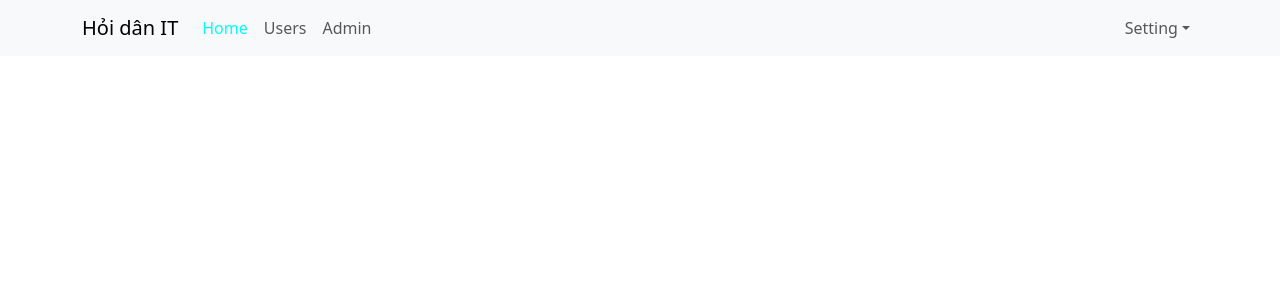
Repository: hoang0508/React-Project-hdIT
Page: /
The author's editor kept a copy of each file at every save. The page is drawn from the files as they stood at one save, then again after the next save.
The browser window is 1280 px wide. The pictures show the whole page.
The project was rebuilt for these pictures with package versions that can differ from the ones it lists, and the page was loaded fresh each time. Also part of the build but not shown: src/components/User/User.js, src/components/Admin/Admin.js.

Above is the page before, as saved 2022-08-27 08:57:52.

### src/index.js
import React from "react";
import { createRoot } from "react-dom/client";
import App from "./App";
import reportWebVitals from "./reportWebVitals";
import "./index.scss";
import "bootstrap/dist/css/bootstrap.min.css";
import { BrowserRouter, Routes, Route } from "react-router-dom";
import User from "./components/User/User";
import Admin from "./components/Admin/Admin";
const container = document.getElementById("root");
const root = createRoot(container);

root.render(
  <React.StrictMode>
    {/* <Provider store={store}> */}
    <BrowserRouter>
      <Routes>
        <Route path="/" element={<App />}>
          <Route path="/users" element={<User />} />
          <Route path="/admin" element={<Admin />} />
        </Route>
      </Routes>
    </BrowserRouter>
    {/* </Provider> */}
  </React.StrictMode>
);

// If you want to start measuring performance in your app, pass a function
// to log results (for example: reportWebVitals(console.log))
// or send to an analytics endpoint. Learn more: https://bit.ly/CRA-vitals
reportWebVitals();

### src/App.js
import React from "react";
import "./App.scss";
import Header from "./components/Header/Header";
import { Outlet } from "react-router-dom";
function App() {
  return (
    <div className="app-container">
      <div className="header-container">
        <Header />
      </div>
      <div className="main-container">
        <div className="sidenav-container"></div>
        <div className="app-content">
          <Outlet />
        </div>
      </div>
    </div>
  );
}

export default App;

### src/App.scss
.app {
  &-container {
    .header-container {
      .navbar-nav {
        .nav-link {
          &.active {
            color: aqua;
          }
        }
      }
    }
  }
}

### src/components/Header/Header.js
import Container from "react-bootstrap/Container";
import Nav from "react-bootstrap/Nav";
import Navbar from "react-bootstrap/Navbar";
import NavDropdown from "react-bootstrap/NavDropdown";

import React from "react";
import { NavLink } from "react-router-dom";

const Header = () => {
  return (
    <Navbar bg="light" expand="lg">
      <Container>
        <NavLink to="/" className="navbar-brand">
          Hỏi dân IT
        </NavLink>
        <Navbar.Toggle aria-controls="basic-navbar-nav" />
        <Navbar.Collapse id="basic-navbar-nav">
          <Nav className="me-auto">
            <NavLink to="/" className="nav-link">
              Home
            </NavLink>
            <NavLink to="/users" className="nav-link">
              Users
            </NavLink>
            <NavLink to="/admin" className="nav-link">
              Admin
            </NavLink>
          </Nav>
          <Nav>
            <NavDropdown title="Setting" id="basic-nav-dropdown">
              <NavDropdown.Item href="#action/3.1">Log in</NavDropdown.Item>
              <NavDropdown.Item href="#action/3.2">Log out</NavDropdown.Item>
              <NavDropdown.Item href="#action/3.2">Profile</NavDropdown.Item>
            </NavDropdown>
          </Nav>
        </Navbar.Collapse>
      </Container>
    </Navbar>
  );
};

export default Header;

### src/components/Home/Home.js
import React from "react";

const Home = () => {
  return <div>Home components</div>;
};

export default Home;

Loaded but not shown: public/index.html (common file); src/reportWebVitals.js (common file); src/index.scss (common file)

After the next save:
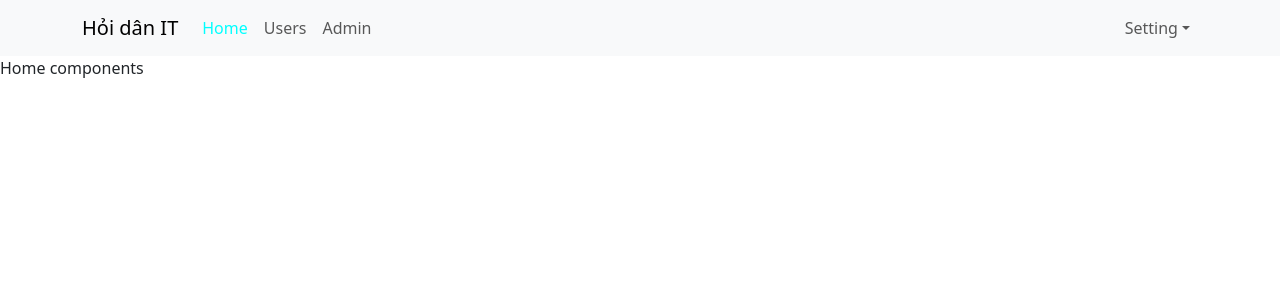
Saved 25 s later.
--- a/src/index.js
+++ b/src/index.js
@@ -7,6 +7,7 @@ import "bootstrap/dist/css/bootstrap.min.css";
 import { BrowserRouter, Routes, Route } from "react-router-dom";
 import User from "./components/User/User";
 import Admin from "./components/Admin/Admin";
+import Home from "./components/Home/Home";
 const container = document.getElementById("root");
 const root = createRoot(container);
 
@@ -16,6 +17,7 @@ root.render(
     <BrowserRouter>
       <Routes>
         <Route path="/" element={<App />}>
+          <Route index element={<Home />} />
           <Route path="/users" element={<User />} />
           <Route path="/admin" element={<Admin />} />
         </Route>
